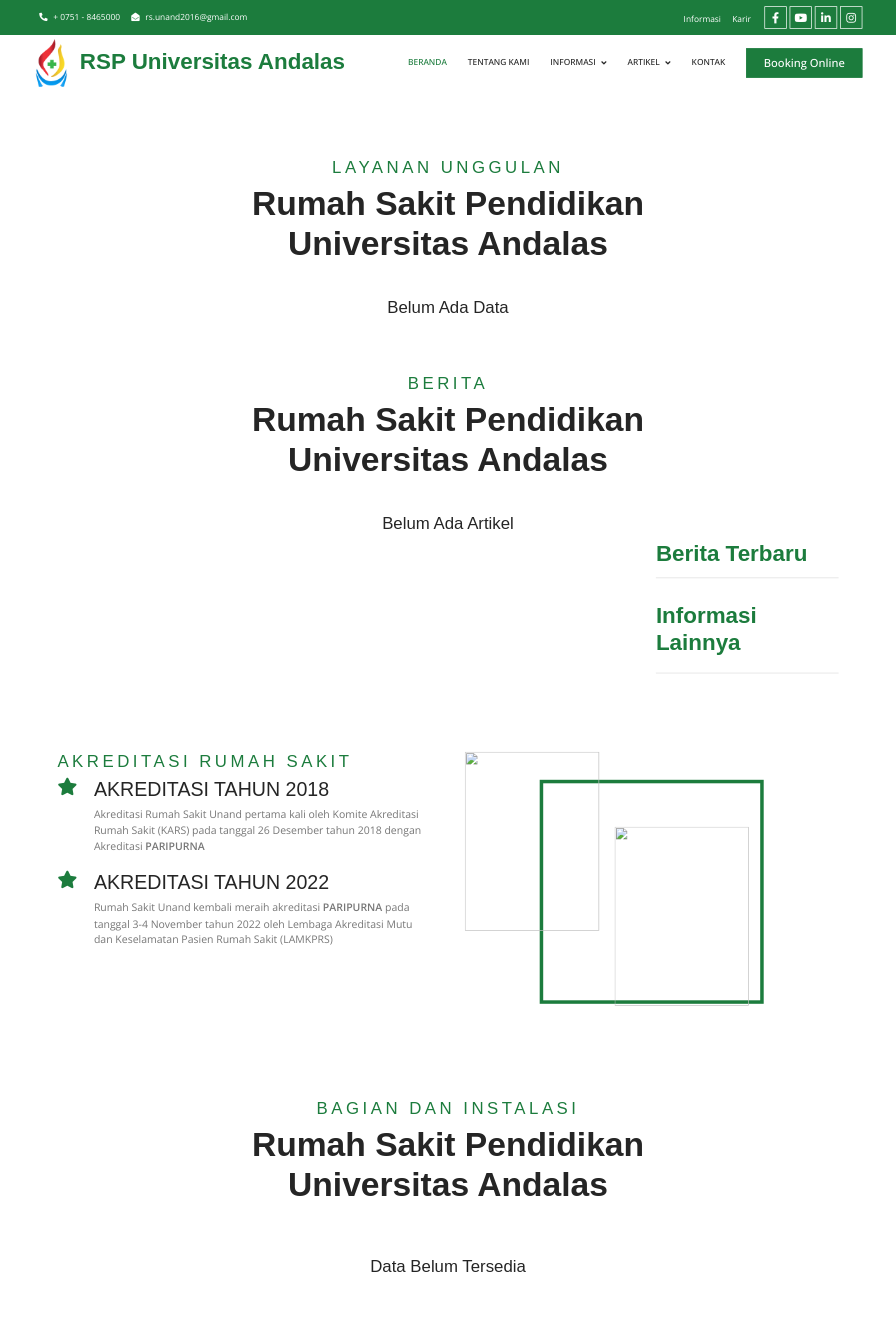
Repository: vivin-erialis/rsunand-site
Page: http://localhost/
The author's editor kept a copy of each file at every save. The page is drawn from the files as they stood at one save, then again after a run of saves.
The browser window is 1280 px wide. The pictures show the part of the page from y = 0 to 1920 px (the page is 3087 px tall), at 70% of full size.
Some web fonts or font styles are not loaded; a fallback is used. Some web libraries are served in a nearby version. The page is served by the project's Laravel application, run on PHP 8.4 with Laravel 12. Queries for data that is not in the repository find no rows.

Above is the page before, as saved 2024-06-10 09:11:50.
Console error: TypeError: Cannot read properties of undefined (reading 'version')

After the next 2 saves:
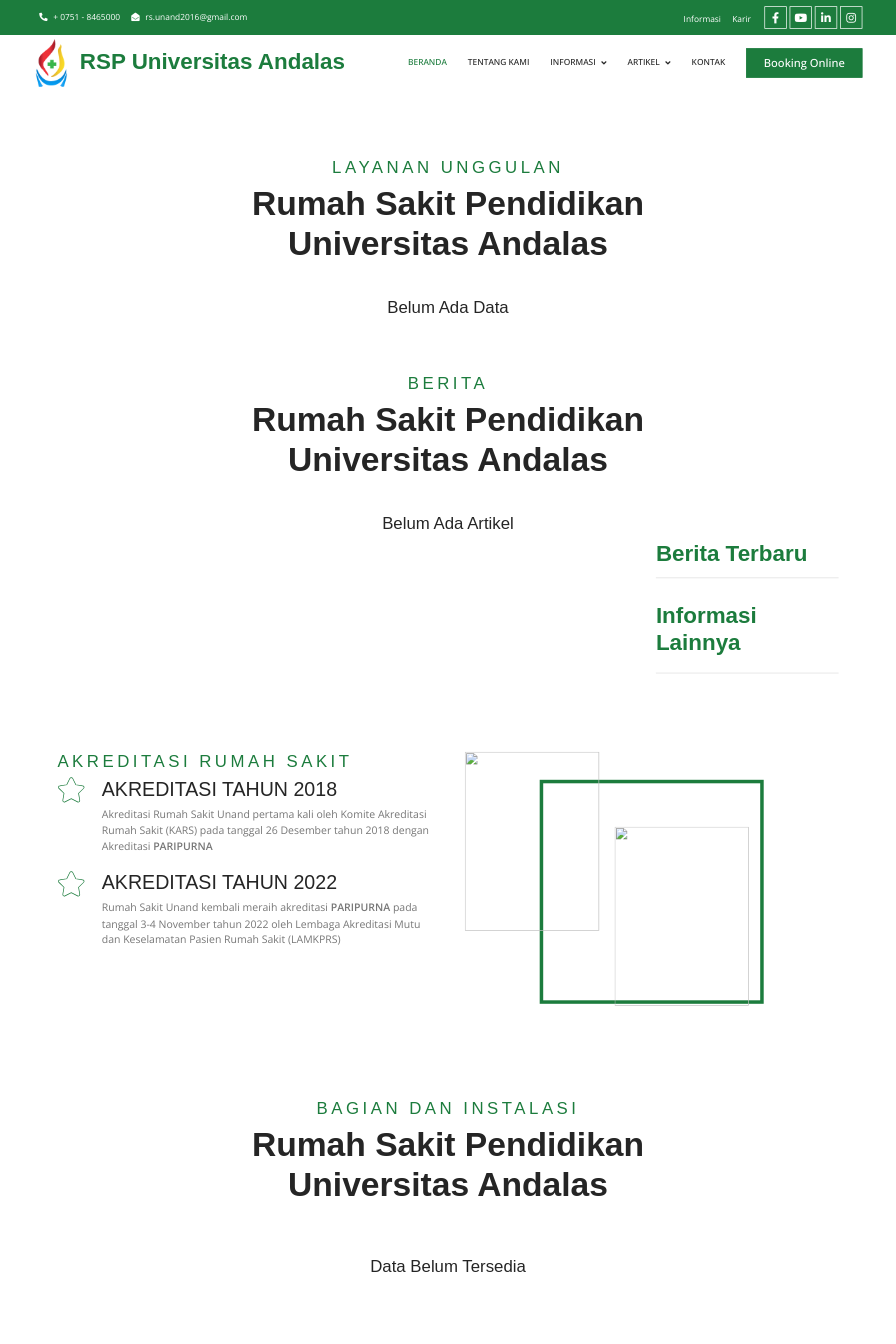
The 2 saves are shown as one change because they came seconds apart.
The last was saved 38 s later.
--- a/resources/views/Frontend/home.blade.php
+++ b/resources/views/Frontend/home.blade.php
@@ -42,8 +42,7 @@
             <div class="row g-4">
                 @foreach ($layanan as $item)
                     <div class="col-lg-4 col-md-6 wow fadeInUp" data-wow-delay="0.5s">
-                        <div class="service-item d-flex position-relative text-center h-100"
-                            style="border-radius:10px">
+                        <div class="service-item d-flex position-relative text-center h-100" style="border-radius:10px">
                             @if ($item->gambar)
                                 @php
                                     $gambarArray = json_decode($item->gambar);
@@ -62,7 +61,8 @@
                                 <i class="fa fa-hospital flex-shrink-0 mb-4" style="color: white; font-size: 40px"></i>
                                 <h2 class="mb-3" style="color: white">{{ $item->nama_layanan }}</h2>
                                 <p class="mb-4" style="font-size: 14px">{{ Str::limit($item->desc, 80, '...') }}.</p>
-                                <a class="btn" href="/layanan/{{$item->url}}"><i class="fa fa-plus text-primary me-3"></i>Read
+                                <a class="btn" href="/layanan/{{ $item->url }}"><i
+                                        class="fa fa-plus text-primary me-3"></i>Read
                                     More</a>
                             </div>
                         </div>
@@ -230,7 +230,8 @@
                     <div class="row g-4">
                         <div class="col-12">
                             <div class="d-flex align-items-start">
-                                <i class="fa fa-star flex-shrink-0" style="color: #1C7C3D; font-size: 25px">
+                                <i class="fa fa-star flex-shrink-0 mb-4"
+                                    style="color: #1C7C3D; font-size: 35px; background: none; -webkit-text-stroke: 1px #1C7C3D; color: transparent;"></i>
                                 </i>
                                 <div class="ms-4">
                                     <h3>AKREDITASI TAHUN 2018</h3>
@@ -244,7 +245,8 @@
                         </div>
                         <div class="col-12">
                             <div class="d-flex align-items-start">
-                                <i class="fa fa-star flex-shrink-0" style="color: #1C7C3D; font-size: 25px">
+                                <i class="fa fa-star flex-shrink-0 mb-4"
+                                    style="color: #1C7C3D; font-size: 35px; background: none; -webkit-text-stroke: 1px #1C7C3D; color: transparent;"></i>
                                 </i>
                                 <div class="ms-4">
                                     <h3>AKREDITASI TAHUN 2022</h3>
